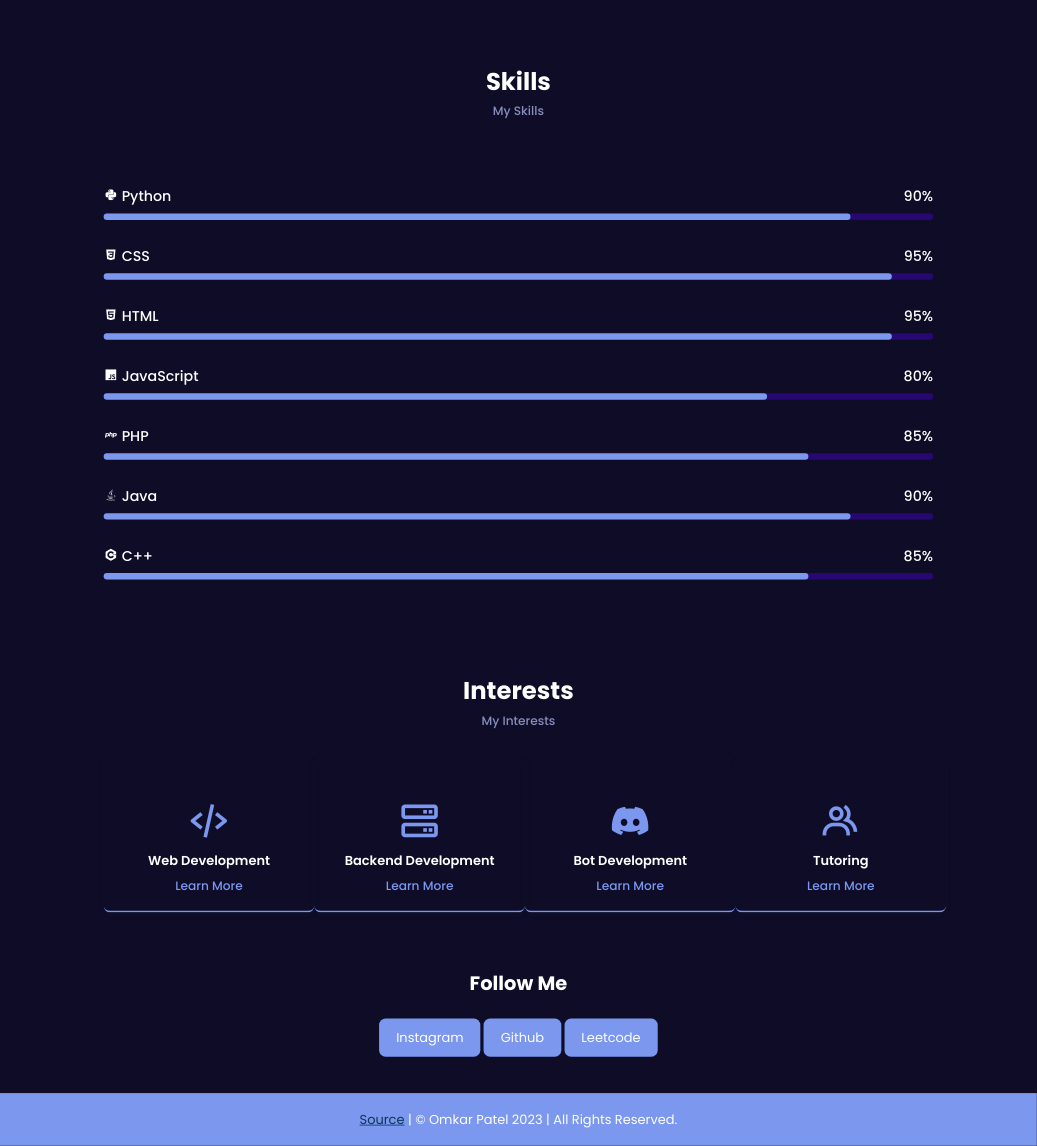
Repository: omkarxpatel/Omkar-Portfolio
Page: src/index.html
An editor plug-in stored every save of this project. The page is shown before and after a run of saves, followed by the edit.
The browser window is 1280 px wide. The pictures show the part of the page from y = 1239 to 2654 px (the page is 2654 px tall), at 81% of full size.
A picture or video elsewhere on the page could not be fetched, so the positions and the page height are approximate.

Above is the page before, as saved 2023-03-25 17:58:44.

After the next 2 saves:
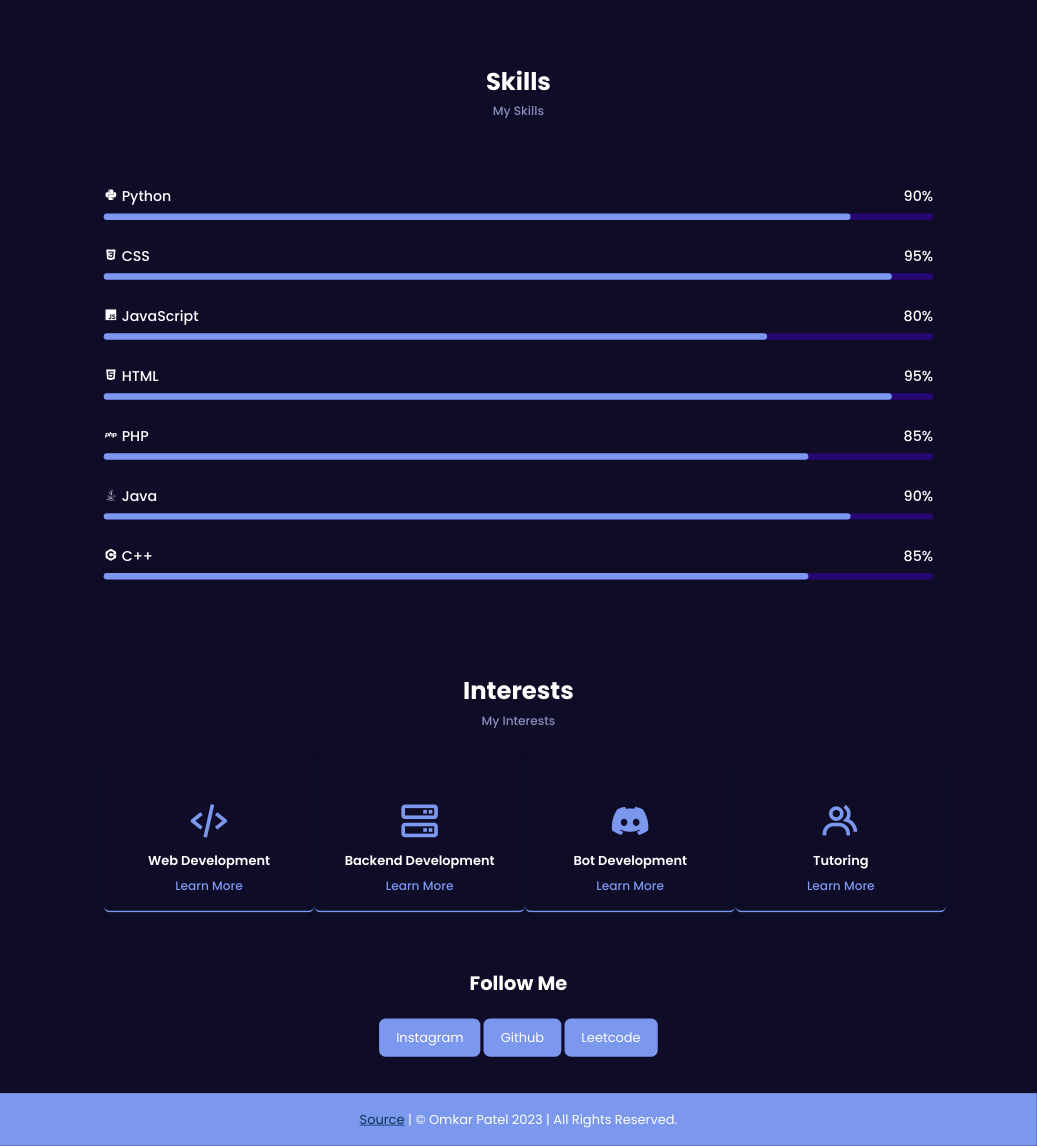
The 2 saves are shown as one change because they came seconds apart.
The last was saved 15 s later.
--- a/src/index.html
+++ b/src/index.html
@@ -117,18 +117,20 @@
             </div> -->
 
             <div class="bars-box">
+                <h3><i class="bx bxl-javascript"></i> JavaScript</h3>
+                <span>80%</span>
+                <div class="light-bar"></div>
+                <div class="percent-bar js-bar"></div>
+            </div>
+
+            <div class="bars-box">
                 <h3><i class="bx bxl-html5"></i> HTML</h3>
                 <span>95%</span>
                 <div class="light-bar"></div>
                 <div class="percent-bar html-bar"></div>
             </div>
 
-            <div class="bars-box">
-                <h3><i class="bx bxl-javascript"></i> JavaScript</h3>
-                <span>80%</span>
-                <div class="light-bar"></div>
-                <div class="percent-bar js-bar"></div>
-            </div>
+
 
 
 
